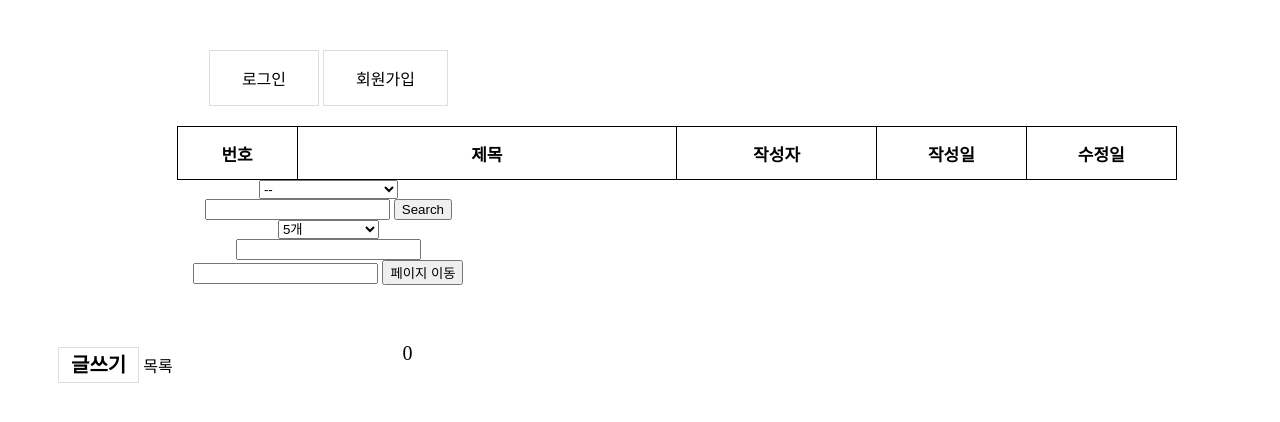
Repository: Shim-YoungDo/gaea-study
Page: http://localhost/study/WEB-INF/views/board/list.jsp
These files come from the project's save history. The page is drawn as it stood at one moment and after the next save; the edit follows.
The browser window is 1280 px wide. The pictures show the whole page.
The page is served by Tomcat 9. Nobody is signed in. Other server files are loaded and not shown. The template is opened directly, without the code that normally fills it, so the values that code supplies are empty.

Above is the page before, as saved 2021-12-08 05:07:24.

### study/src/main/webapp/WEB-INF/views/board/list.jsp
<%@ page language="java" contentType="text/html; charset=UTF-8"
	pageEncoding="UTF-8"%>
<%@ taglib uri="http://java.sun.com/jsp/jstl/core" prefix="c"%>
<%@ taglib prefix="fmt" uri="http://java.sun.com/jsp/jstl/fmt"%>
<!DOCTYPE html>
<html>
<head>
<meta charset="UTF-8">
<title>Insert title here</title>
<link rel="stylesheet" href="/resources/css/board/list.css">
<script src="https://code.jquery.com/jquery-3.4.1.js"
	integrity="sha256-WpOohJOqMqqyKL9FccASB9O0KwACQJpFTUBLTYOVvVU="
	crossorigin="anonymous"></script>
</head>
<body>
	<div class="table_wrap">
		<a href="/board/registeView" class="enroll_btn">글쓰기</a>
		<a href="/board/list" class="list_btn">목록</a>
		<div class="login_area">
		<!-- 로그인 x -->
		<c:if test="${member==null}">
		<div class="login_button"><a href="/member/login">로그인</a></div>
		<span><a href="/member/join">회원가입</a></span>
		</c:if>

		<!-- 로그인 o -->
		<c:if test="${member != null}">
		<div class="login_success_area">
			<span>이름:${member.memberName}</span>
			<span>아이디:${member.memberID}</span>
			<a href="/member/logout">로그아웃</a>
		</div>
		</c:if>

		<table>
			<thead>
				<tr>
					<th class="bno_width">번호</th>
					<th class="title_width">제목</th>
					<th class="writer_width">작성자</th>
					<th class="regdate_width">작성일</th>
					<th class="updatedate_width">수정일</th>
				</tr>
			</thead>
			<c:forEach items="${list}" var="list">
				<tr>
					<td><c:out value="${list.boardNumber}" /></td>
					<td>
						<a class="move" href='<c:out value="${list.boardNumber}"/>'>
							<c:out value="${list.boardTitle}" />
						</a>
					</td>
					<td>
						<c:out value="${list.boardWriter}" />
					</td>
					<td>
						<fmt:formatDate pattern="yyyy/MM/dd"
							value="${list.boardRegistrationDate}" />
					</td>
					<td>
						<fmt:formatDate pattern="yyyy/MM/dd"
							value="${list.boardUpdateDate}" />
					</td>
				</tr>
			</c:forEach>
		</table>

		<div class="search_wrap">
			<div class="search_area">
				<select name="type">
                <option value="" <c:out value="${pageMake.cri.type == null?'selected':'' }"/>>--</option>
                <option value="T" <c:out value="${pageMake.cri.type eq 'T'?'selected':'' }"/>>제목</option>
                <option value="C" <c:out value="${pageMake.cri.type eq 'C'?'selected':'' }"/>>내용</option>
                <option value="W" <c:out value="${pageMake.cri.type eq 'W'?'selected':'' }"/>>작성자</option>
                <option value="TC" <c:out value="${pageMake.cri.type eq 'TC'?'selected':'' }"/>>제목 + 내용</option>
                <option value="TW" <c:out value="${pageMake.cri.type eq 'TW'?'selected':'' }"/>>제목 + 작성자</option>
                <option value="TCW" <c:out value="${pageMake.cri.type eq 'TCW'?'selected':'' }"/>>제목 + 내용 + 작성자</option>
            </select>
				<input type="text" name="keyword" value="${pageMake.cri.keyword}">
				<button>Search</button>
			</div>
		</div>

		<div class="amount_wrap">
			<div class="amount_area">

					<select name="amount" onchange="selectBoxChange(this.value);">
						<option value="" disabled >=== 선택 ===</option>
						<option value=5 <c:out value="${pageMake.cri.amount == 5?'selected':''}"/>>5개</option>
    					<option value=10 <c:out value="${pageMake.cri.amount == 10?'selected':''}"/>>10개</option>
    					<option value=20 <c:out value="${pageMake.cri.amount == 20?'selected':''}"/>>20개</option>
    					<option value=25 <c:out value="${pageMake.cri.amount == 25?'selected':''}"/>>25개</option>

					</select>

			</div>
		</div>


		<div class="page_select_wrap">
			<div class="page_select_area">
				<input type = "text" pattern="\d" name="pageSelect"value='<c:out value="${pageMake.cri.pageNum}"/>'>
				<input name = "totalPage" readonly="readonly" value = '<c:out value="${pageMake.realEnd}"/>'>
				<button>페이지 이동</button>
			</div>
		</div>

		<div class="pageInfo_wrap">
			<div class="pageInfo_area">
				<ul id="pageInfo" class="pageInfo">

					<!-- 이전페이지 버튼 -->
					<c:if test="${pageMake.prev}">
						<li class="pageInfo_btn previous"><a href="${pageMake.startPage-1}">이전</a></li>
					</c:if>

					<!-- 각 번호 페이지 버튼 -->
					<c:forEach var="num" begin="${pageMake.startPage}" end="${pageMake.endPage}">
						<li class="pageInfo_btn ${pageMake.cri.pageNum == num ? "active":"" }"><a href="${num}">${num}</a></li>
					</c:forEach>

					<!--
					<form id="pageForm" method="post">
					<select name="amount" id="amount" onchange="selectBoxChange(this.value);">
						<option value="none">=== 선택 ===</option>
						<option value="5">5개</option>
    					<option value="10">10개</option>
    					<option value="20">20개</option>
					</select>
					</form>
					-->

					<!-- 다음페이지 버튼 -->
					<c:if test="${pageMake.next}">
						<li class="pageInfo_btn next"><a href="${pageMake.endPage+1}">다음</a></li>
					</c:if>
				</ul>
			</div>
		</div>

		<form id="moveForm" method="get">
			<input type="hidden" name="pageNum" value="${pageMake.cri.pageNum}">
			<input type="hidden" name="amount" value="${pageMake.cri.amount}">
			<input type="hidden" name="keyword" value="${pageMake.cri.keyword}">
			<input type="hidden" name="type" value="${pageMake.cri.type}">

		</form>
	</div>
</div>

	<script>
		let moveForm = $("#moveForm");
		let pageForm = $("#pageForm");

		$(".move").on("click", function(e) {
			e.preventDefault();
			moveForm.append("<input type='hidden' name='boardNumber' value='"
					+ $(this).attr("href") + "'>"); //<form>내부 boardNumber값을 저장하는 <input>태그 생성
			moveForm.attr("action", "/board/getPage");
			moveForm.submit();
				});

		$(".pageInfo a").on("click", function(e){
			e.preventDefault();
			moveForm.find("input[name='pageNum']").val($(this).attr("href")); //<form>내부 pageNum과 관련된 <input>태그의 value 속성값에 클릭한<a>태그 페이지 번호 삽입
			moveForm.attr("action", "/board/list");
			moveForm.submit();
		});

		/*
		var selectBoxChange = function(value){
			console.log("결과:" +value);
			$.ajax({
				type:"post",
				url:"/board/pageAmount",
				data: "pageAmount=" +value,
				success : function(data){
					alert("성공", +data);
					console.log(data);
				}
			});
		}*/

		/*
		$("#pageForm").change(function(){
			var pageAmount = value;

			$.ajax({
				type:"post",
				url:"/board/pageAmount",
				data: "pageAmount=" +pageAmount,
				success : function(data){
					alert("성공", +data);
					console.log(data);
				}
			});

		});*/


		//검색기능
		$(".search_area button").on("click", function(e){
			e.preventDefault();

			let type = $(".search_area select").val();
			let keyword = $(".search_area input[name='keyword']").val();

			if(!type){
				alert("검색 종류를 선택하세요");
				return false;
			}
			if(!keyword){
				alert("키워드를 입력하세요");
				return false;
			}

			//let val = $("input[name='keyword']").val();
			moveForm.find("input[name='type']").val(type);
			moveForm.find("input[name='keyword']").val(keyword);
			moveForm.find("input[name='pageNum']").val(1);
			moveForm.submit();
		});

		/*
		$("#pageForm").change(function(){
			var pageAmount = value;
			let amount = $(".amount_area select").val();

			pageForm.find("input[name]='amount'").val(amount);
			pageForm.submit();
		});*/

		//화면에 출력될 총 게시글 수 선택
		var selectBoxChange = function(value){

			let amount = $(".amount_area select").val();

			//pageForm.find("input[name]='amount'").val(amount);
			//pageForm.submit();
			moveForm.find("input[name='amount']").val(amount);
			moveForm.find("input[name='pageNum']").val(1);
			moveForm.submit();

			console.log("결과:" +value);
			//alert("성공", +data);
		}

		//선택 페이지 이동
		$(".page_select_area button").on("click",function(){

			let pageNum = $(".page_select_area [name='pageSelect']").val();

			moveForm.find("input[name='pageNum']").val(pageNum);
			moveForm.attr("action", "/board/list");
			moveForm.submit();
		});




		/*
		$(".page_count_area button").on("click"function(){
			let pageCount = $(".page_count_area [name='pageCount']").val();
			moveForm.find("input[name='pageCount']").val(pageCount);
			moveForm.attr("action", "/board/list");
			moveForm.submit();
		});
		*/
	</script>

</body>
</html>

### study/src/main/webapp/resources/css/board/list.css
@charset "UTF-8";
a{
  	text-decoration : none;
  }
  table{
 	border-collapse: collapse;
 	width: 1000px;
 	margin-top : 20px;
 	text-align: center;
  }
  td, th{
  	border : 1px solid black;
  	height: 50px;
  }
  th{
  	font-size : 17px;
  }
  thead{
  	font-weight: 700;
  }
  .table_wrap{
  	margin : 50px 0 0 50px;
  }
  .bno_width{
  	width: 12%;
  }
  .writer_width{
  	width: 20%;
  }
  .regdate_width{
  	width: 15%;
  }
  .updatedate_width{
  	width: 15%;
  }
  .enroll_btn{
  	font-size: 20px;
    padding: 6px 12px;
    background-color: #fff;
    border: 1px solid #ddd;
    font-weight: 600;
  }

  .pageInfo{
      list-style : none;
      display: inline-block;
    margin: 50px 0 0 100px;
  }
  .pageInfo li{
      float: left;
    font-size: 20px;
    margin-left: 18px;
    padding: 7px;
    font-weight: 500;
  }
  .login_area{
	width:25%;
	height:30%;
	display:inline-block;
	text-align:center;
}
  .login_button{
  	background-color: #ffffff; /* Green */
    border: 1px solid #ddd;
    color: white;
    padding: 15px 32px;
    text-align: center;
    text-decoration: none;
    display: inline-block;
    font-size: 16px;
  }
  .login_area>span{
	background-color: #ffffff; /* Green */
    border: 1px solid #ddd;
    color: white;
    padding: 15px 32px;
    text-align: center;
    text-decoration: none;
    display: inline-block;
    font-size: 16px;
}

/*로그인 성공 영역*/
.login_success_area{
	height:62%;
	width:80%;
	border:2px solid #7474ad;
	border-radius:15px;
	margin:5% auto;
	padding-top:5%;
}
.login_success_area>span{
	display:block;
	text-align:left;
	margin-left:10px
}


 a:link {color:black; text-decoration: none;}
 a:visited {color:black; text-decoration: none;}
 a:hover {color:blue; text-decoration: underline;}
 .active{
 	text-decoration:underline;
 }

After the next save:
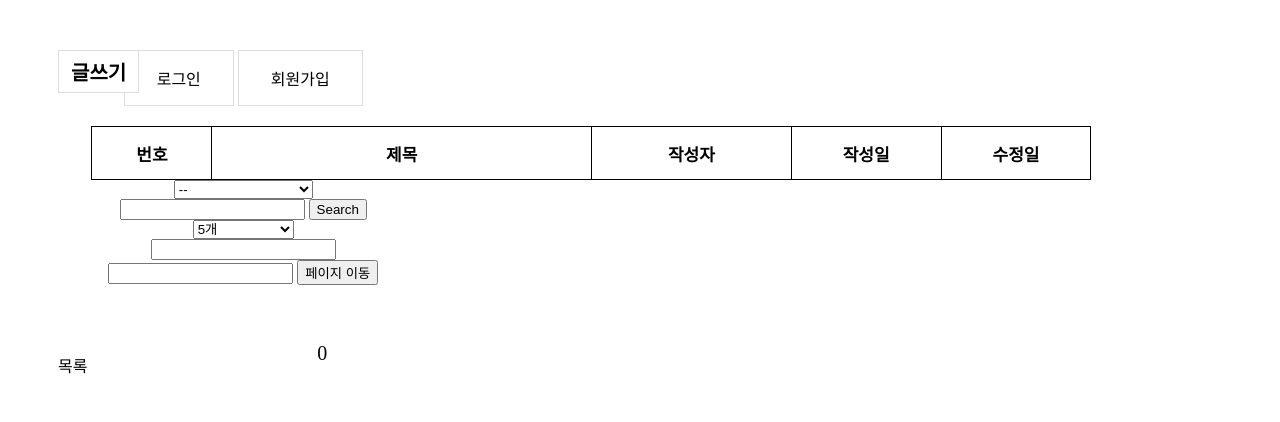
Saved 5 min 6 s later.
--- a/study/src/main/webapp/resources/css/board/list.css
+++ b/study/src/main/webapp/resources/css/board/list.css
@@ -34,6 +34,7 @@ a{
   	width: 15%;
   }
   .enroll_btn{
+    position:absolute;
   	font-size: 20px;
     padding: 6px 12px;
     background-color: #fff;
